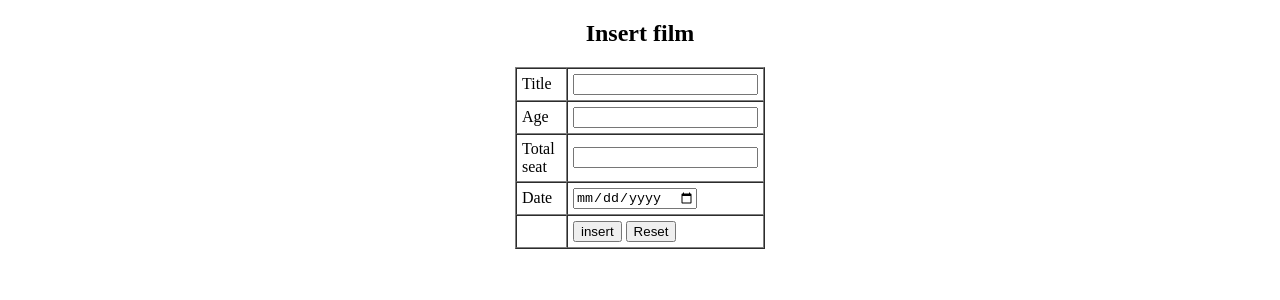
Repository: lmcoa15/Movie
Page: http://localhost/movie/admin/admin_Insert_film.jsp
The author's editor kept a copy of each file at every save. The page is drawn from the files as they stood at one save, then again after the next save.
The browser window is 1280 px wide. The pictures show the whole page.
The page is served by Tomcat 9. Other server files are loaded and not shown.

Above is the page before, as saved 2015-12-06 12:50:34.

### workspace/movie/WebContent/admin/admin_Insert_film.jsp
<%@ page language="java" contentType="text/html; charset=UTF-8"
    pageEncoding="UTF-8"%>
<!DOCTYPE html PUBLIC "-//W3C//DTD HTML 4.01 Transitional//EN" "http://www.w3.org/TR/html4/loose.dtd">
<html>
<head>
<meta http-equiv="Content-Type" content="text/html; charset=UTF-8">
<title>Insert title here</title>
</head>
<body>
<h2 align="center">Insert film</h2>
<form name=form1 method=post  action=film_control.jsp>
<table width="250" border="1"align="center" cellspacing="0"
												cellpadding="5">
	<tr>
		<td>Title</td>
		<td><input type="text" name="name_film" size=20></td>
	</tr>
	<tr>
		<td>Age</td>
		<td><input type="text" name="age_phase" size=20></td>
	</tr>
	<tr>
		<td>Total seat</td>
		<td><input type="text" name="seat_num" size=20></td>
	</tr>
	<tr>
		<td>Date</td>
		<td><input type="date" name="watch_date" size=20></td>
	</tr>

	<tr>
		<td></td>
		<td><input type="Submit" name="action" value="insert" size=2>
			<input type="reset" name="reset_button" value="Reset" size=2>
		</td>
	</tr>
</table>
</form>
</body>
</html>

After the next save:
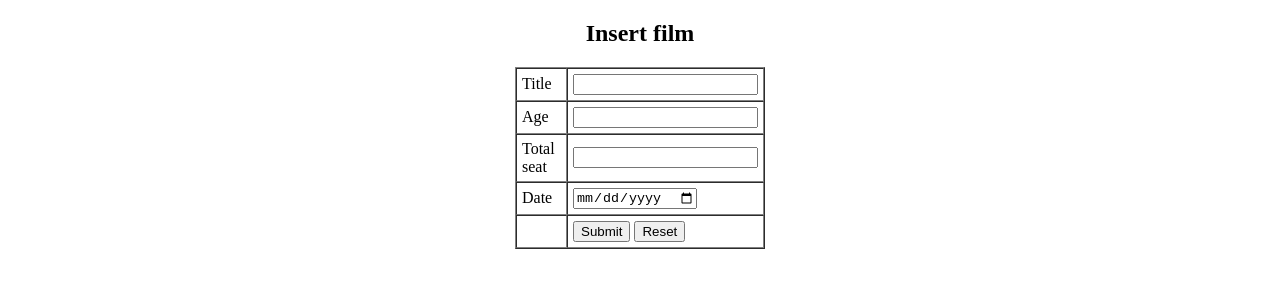
Saved 6 min 59 s later.
--- a/workspace/movie/WebContent/admin/admin_Insert_film.jsp
+++ b/workspace/movie/WebContent/admin/admin_Insert_film.jsp
@@ -30,7 +30,7 @@
 
 	<tr>
 		<td></td>
-		<td><input type="Submit" name="action" value="insert" size=2>
+		<td><input type="Submit" value="Submit" size=2>
 			<input type="reset" name="reset_button" value="Reset" size=2>
 		</td>
 	</tr>
